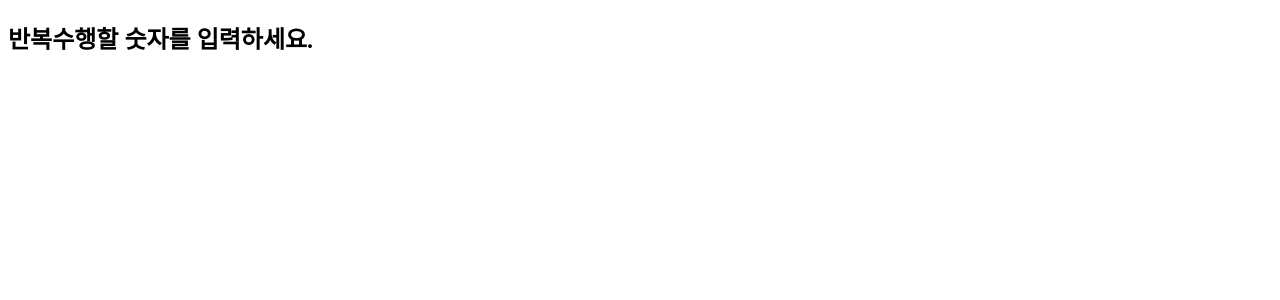
Repository: gugucon-hwan/ForStudyJSP
Page: http://localhost/StudyBasicJSP/ch06/ex06-04Form.jsp
The author's editor kept a copy of each file at every save. The page is drawn from the files as they stood at one save, then again after a run of saves.
The browser window is 1280 px wide. The pictures show the whole page.
The page is served by Tomcat 9. Other server files are loaded and not shown.

Above is the page before, as saved 2020-08-15 16:07:08.

### StudyBasicJSP/WebContent/ch06/ex06-04Form.jsp
<%@ page language="java" contentType="text/html; charset=UTF-8"
    pageEncoding="UTF-8"%>
<!DOCTYPE html>
<html>
<head>
<meta charset="UTF-8">
<title>ex06-04Form.jsp</title>
</head>
<body>
	<h2>반복수행할 숫자를 입력하세요.</h2>

</body>
</html>

After the next 2 saves:
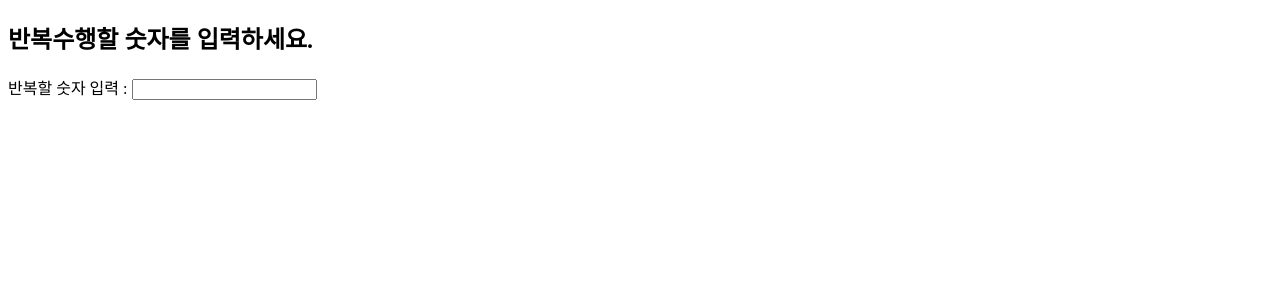
The 2 saves are shown as one change because they came seconds apart.
The last was saved 13 s later.
--- a/StudyBasicJSP/WebContent/ch06/ex06-04Form.jsp
+++ b/StudyBasicJSP/WebContent/ch06/ex06-04Form.jsp
@@ -8,6 +8,7 @@
 </head>
 <body>
 	<h2>반복수행할 숫자를 입력하세요.</h2>
+	반복할 숫자 입력 : <input>
 
 </body>
 </html>

After the 5 saves that followed:
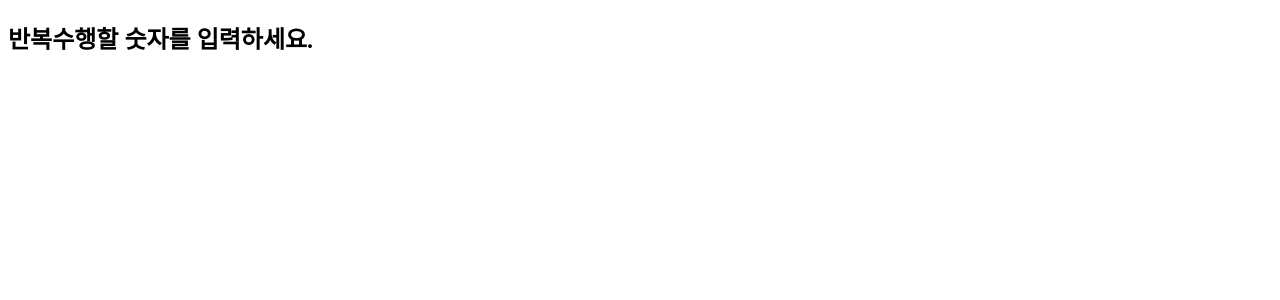
The 5 saves are shown as one change because 3 left the picture as it was and some came seconds apart.
The last was saved 74 s later.
--- a/StudyBasicJSP/WebContent/ch06/ex06-04Form.jsp
+++ b/StudyBasicJSP/WebContent/ch06/ex06-04Form.jsp
@@ -8,7 +8,9 @@
 </head>
 <body>
 	<h2>반복수행할 숫자를 입력하세요.</h2>
-	반복할 숫자 입력 : <input>
+	<form method="post"
+	반복할 숫자 입력 : <input type="text" name="localNum">
+
 
 </body>
 </html>
